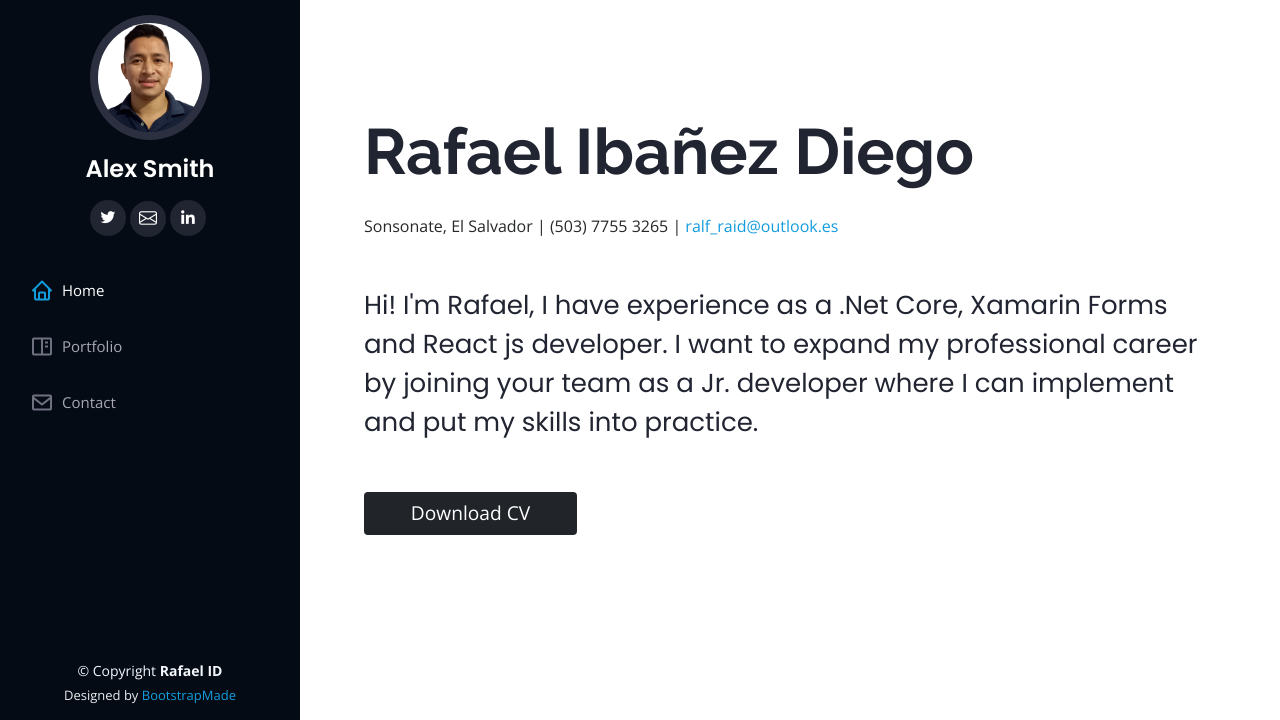
Repository: ralfId/myportfolio
Page: /
These files come from the project's save history. The page is drawn as it stood at one moment and after the next save; the edit follows.
The browser window is 1280 px wide. The pictures show the whole page.
The project was rebuilt for these pictures with package versions that can differ from the ones it lists, and the page was loaded fresh each time. Also part of the build but not shown: src/data/projects.js, src/components/Projects/ProjectItem.js, src/components/Projects/ProjectIndex.js, src/helpers/ProjectById.js, src/components/Projects/ProjectDetail.js.

Above is the page before, as saved 2021-09-20 16:12:17.

After the next save:
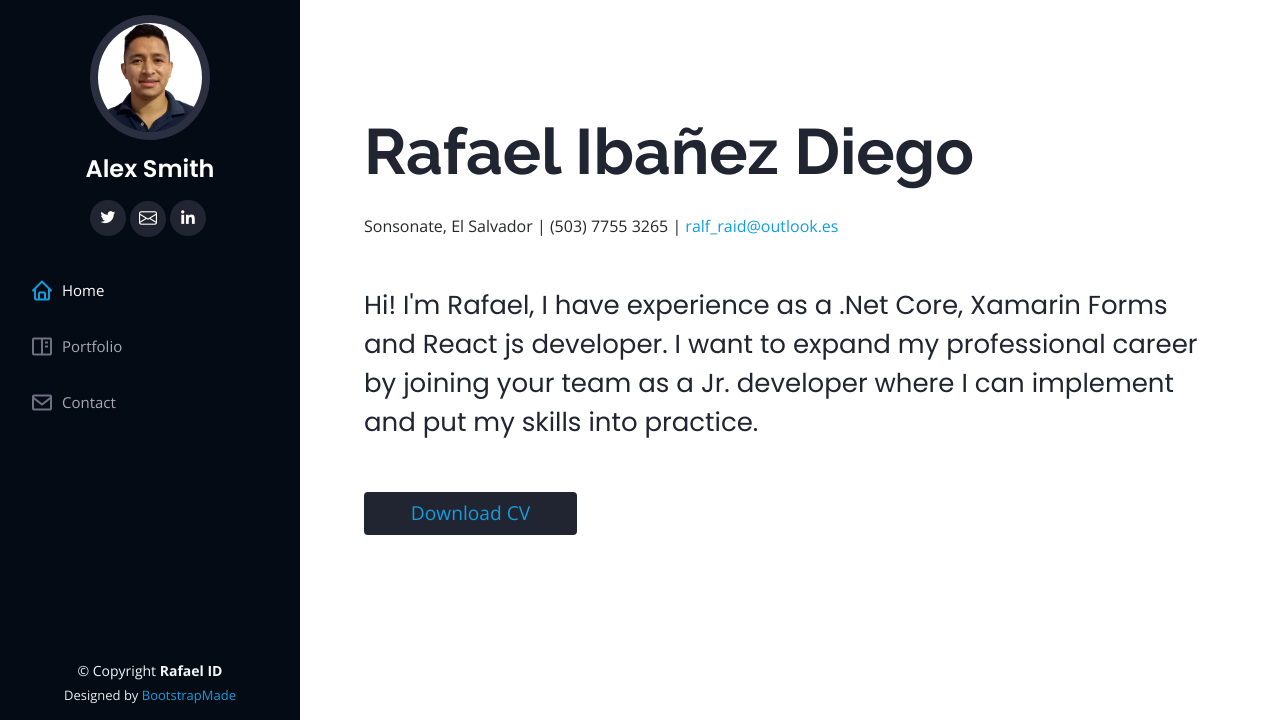
Saved 34 s later.
--- a/src/components/Home.js
+++ b/src/components/Home.js
@@ -22,7 +22,7 @@ export const Home = () => {
                         I want to expand my professional career by joining your team as a Jr. developer where
                         I can implement and put my skills into practice.
                     </p>
-                    <button className="col-md-3 btn bg-dark">Download CV</button>
+                    <button className="col-md-3 btn"><a href="www..">Download CV</a></button>
                 </div>
             </section>
         </>
